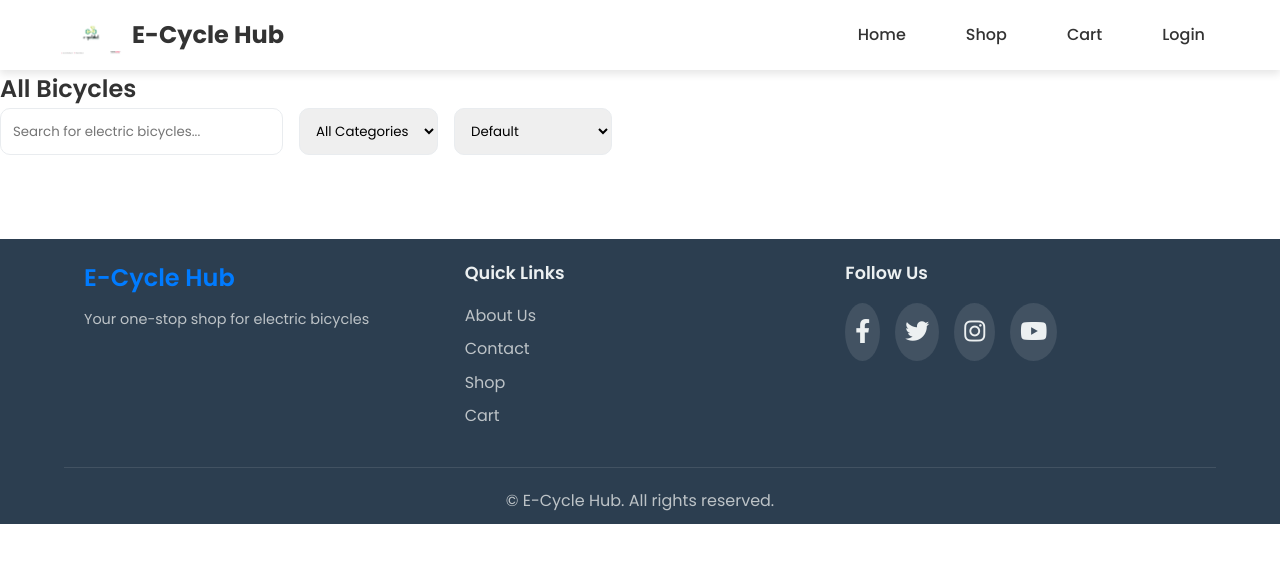
Repository: Rutuja-g/E-Cycle-Hub
Page: public/products.html
These files come from the project's save history. The page is drawn as it stood at one moment and after the next save; the edit follows.
The browser window is 1280 px wide. The pictures show the whole page.

Above is the page before, as saved 2025-10-24 16:03:13.
Console error: ReferenceError: l is not defined

### public/products.html
<!DOCTYPE html>
<html lang="en">
  <head>
    <meta charset="UTF-8" />
    <meta name="viewport" content="width=device-width, initial-scale=1.0" />
    <title>Products - E-Cycle Hub</title>
    <link rel="preconnect" href="https://fonts.googleapis.com" />
    <link rel="preconnect" href="https://fonts.gstatic.com" crossorigin />
    <link
      href="https://fonts.googleapis.com/css2?family=Poppins:wght@300;400;500;600;700&display=swap"
      rel="stylesheet"
    />
    <link rel="icon" href="favicon.ico" type="image/x-icon" />
    <link rel="stylesheet" href="css/reset.css" />
    <link rel="stylesheet" href="css/variables.css" />
    <link rel="stylesheet" href="css/main.css" />
    <link
      rel="stylesheet"
      href="https://cdnjs.cloudflare.com/ajax/libs/font-awesome/6.0.0/css/all.min.css"
    />
  </head>
  <body>
    <header>
      <div id="header"></div>
    </header>

    <main>
      <section class="shop-products">
        <h2>All Bicycles</h2>
        <div class="product-search">
          <input
            type="text"
            id="searchInput"
            placeholder="Search for electric bicycles..."
          />
          <select id="categorySelect">
            <option value="all">All Categories</option>
          </select>
          <select id="sortSelect">
            <option value="">Default</option>
            <option value="price-asc">Price Low to High</option>
            <option value="price-desc">Price High to Low</option>
            <option value="popularity">Popularity</option>
          </select>
        </div>
        <div class="grid--shop"></div>
      </section>
    </main>

    <footer>
      <div id="footer"></div>
    </footer>

    <script src="js/components.js"></script>
    <script src="js/main.js"></script>
    <script src="js/api.js"></script>
    <script src="js/store.js"></script>
    <script src="js/cart.js"></script>
  </body>
</html>

### public/css/reset.css
html
/* CSS Reset */
* {
    margin: 0;
    padding: 0;
    box-sizing: border-box;
}

html, body {
    height: 100%;
    font-family: Arial, sans-serif;
}

img {
    max-width: 100%;
    height: auto;
}

a {
    text-decoration: none;
    color: inherit;
}

ul {
    list-style: none;
}

button {
    cursor: pointer;
}

### public/css/variables.css
:root {
  --primary-color: #007bff; /* Electric Blue */
  --secondary-color: #0056b3; /* Darker Blue for hover */
  --background-color: #ffffff; /* White */
  --text-color: #333333; /* Dark Gray */
  --muted: #6c757d; /* Muted text */
  --font-family: "Poppins", sans-serif; /* Modern Font */
  --font-size-base: 16px; /* Base Font Size */
  --font-size-large: 1.25rem; /* Large Font Size */
  --font-size-small: 0.875rem; /* Small Font Size */
  --border-radius: 10px; /* Rounded Corners */
  --box-shadow: 0 4px 8px rgba(0, 0, 0, 0.1); /* Subtle Box Shadow */
  --box-shadow-hover: 0 6px 12px rgba(0, 0, 0, 0.15); /* Hover Shadow */
  --transition: all 0.3s ease; /* Smooth Transitions */
}

### public/css/main.css
/* Main styles for E-Cycle Hub */

/* Reset some default styles */
body {
  margin: 0;
  font-family: var(--font-family);
  line-height: 1.6;
  color: var(--text-color);
  background-color: var(--background-color);
}

h1,
h2,
h3,
h4,
h5,
h6 {
  margin: 0;
  color: var(--text-color);
  font-weight: 600;
}

a {
  text-decoration: none;
  color: var(--primary-color);
  transition: var(--transition);
}

a:hover {
  color: var(--secondary-color);
}

/* Layout styles */
.container {
  width: 90%;
  max-width: 1200px;
  margin: auto;
}

/* Navbar styles */
.navbar {
  background: var(--background-color);
  box-shadow: var(--box-shadow);
  position: sticky;
  top: 0;
  z-index: 1000;
}

.nav-container {
  max-width: 1200px;
  margin: 0 auto;
  padding: 0 20px;
  display: flex;
  justify-content: space-between;
  align-items: center;
  height: 70px;
}

.logo a {
  font-size: 1.5em;
  font-weight: bold;
  display: flex;
  align-items: center;
  gap: 10px;
  color: var(--text-color);
  text-decoration: none;
}

.logo img {
  height: 40px;
  width: auto;
}

.nav-links {
  list-style: none;
  display: flex;
  gap: 30px;
  margin: 0;
  padding: 0;
}

.nav-links li {
  position: relative;
}

.nav-link {
  color: var(--text-color);
  text-decoration: none;
  padding: 10px 15px;
  border-radius: var(--border-radius);
  transition: all 0.3s ease;
  font-weight: 500;
}

.nav-link:hover,
.nav-link.active {
  background: var(--primary-color);
  color: white;
}

.nav-toggle {
  display: none;
  flex-direction: column;
  cursor: pointer;
  gap: 4px;
}

.nav-toggle span {
  width: 25px;
  height: 3px;
  background: var(--text-color);
  transition: 0.3s;
}

.main-content {
  padding: 20px 0;
}

/* Hero section styles */
.hero {
  position: relative;
  display: flex;
  align-items: center;
  justify-content: center;
  min-height: 400px;
  overflow: hidden;
}

.hero-banner {
  position: absolute;
  top: 0;
  left: 0;
  width: 100%;
  height: 100%;
  object-fit: cover;
  z-index: -1;
}

.hero-content {
  text-align: center;
  color: white;
  background: rgba(0, 0, 0, 0.5);
  padding: 20px;
  border-radius: 8px;
}

.hero h1 {
  font-size: 2.5em;
  margin-bottom: 10px;
}

.hero p {
  font-size: 1.2em;
  margin-bottom: 20px;
}

.btn {
  display: inline-block;
  padding: 12px 24px;
  background: var(--primary-color);
  color: white;
  border-radius: var(--border-radius);
  transition: var(--transition);
  font-weight: 500;
  border: none;
  cursor: pointer;
}

.btn:hover {
  background: var(--secondary-color);
  transform: translateY(-2px);
  box-shadow: var(--box-shadow-hover);
}

.btn.ghost {
  background: transparent;
  color: var(--primary-color);
  border: 1px solid var(--primary-color);
}

.btn.ghost:hover {
  background: var(--primary-color);
  color: white;
}

/* Responsive styles */
@media (max-width: 768px) {
  .container {
    width: 95%;
  }

  .header,
  .footer {
    padding: 15px 0;
  }

  .hero {
    min-height: 300px;
  }

  .hero h1 {
    font-size: 2em;
  }

  .hero p {
    font-size: 1em;
  }

  .product-search {
    flex-direction: column;
  }

  .product-search input,
  .product-search select {
    width: 100%;
  }
}

@media (max-width: 480px) {
  .hero {
    flex-direction: column;
    text-align: center;
  }

  .hero-content {
    padding: 15px;
  }

  .hero h1 {
    font-size: 1.8em;
  }

  .hero p {
    font-size: 0.9em;
  }

  /* Navbar responsive */
  .nav-toggle {
    display: flex;
  }

  .nav-links {
    position: absolute;
    top: 100%;
    left: 0;
    width: 100%;
    background: var(--background-color);
    flex-direction: column;
    padding: 20px 0;
    box-shadow: var(--box-shadow);
    display: none;
  }

  .nav-links.active {
    display: flex;
  }

  .nav-link {
    padding: 15px 20px;
    border-bottom: 1px solid rgba(0, 0, 0, 0.1);
  }

  .nav-link:hover,
  .nav-link.active {
    background: var(--primary-color);
    color: white;
    border-bottom: none;
  }

  /* Footer responsive */
  .footer-content {
    grid-template-columns: 1fr;
    text-align: center;
  }

  .social-icons {
    justify-content: center;
  }

  /* Grid responsive */
  .grid--featured {
    grid-template-columns: repeat(auto-fit, minmax(200px, 1fr));
  }
}

/* Product card styles (updated for .card class used by main.js) */
.card {
  border: 1px solid #e9ecef;
  border-radius: var(--border-radius);
  padding: 20px;
  text-align: center;
  background: var(--background-color);
  box-shadow: var(--box-shadow);
  transition: var(--transition);
  display: flex;
  flex-direction: column;
  height: 100%;
}

.card:hover {
  transform: translateY(-5px);
  box-shadow: var(--box-shadow-hover);
}

.card img {
  max-width: 100%;
  height: 200px;
  object-fit: contain;
  border-radius: 5px;
  margin-bottom: 15px;
  background-color: #f8f9fa;
}

.card .card-body {
  flex: 1;
  display: flex;
  flex-direction: column;
  justify-content: space-between;
}

.card .card-title {
  margin: 0 0 10px 0;
  font-size: 1.2em;
  line-height: 1.3;
}

.card .price {
  color: var(--primary-color);
  font-weight: 600;
  font-size: 1.2em;
  margin-bottom: 15px;
}

.card .btn {
  margin-top: auto;
  align-self: center;
}

/* Product search styles */
.product-search {
  display: flex;
  gap: 16px;
  margin-bottom: 24px;
  flex-wrap: wrap;
}

.product-search input,
.product-search select {
  padding: 12px;
  border: 1px solid #e9ecef;
  border-radius: var(--border-radius);
  font-family: var(--font-family);
  transition: var(--transition);
}

.product-search input:focus,
.product-search select:focus {
  outline: none;
  border-color: var(--primary-color);
  box-shadow: 0 0 0 2px rgba(0, 123, 255, 0.25);
}

/* Featured products grid */
.grid--featured,
.grid--shop {
  display: grid;
  grid-template-columns: repeat(auto-fit, minmax(300px, 1fr));
  gap: 25px;
  padding: 30px 0;
}

/* Cart styles */
.cart-item {
  display: flex;
  justify-content: space-between;
  padding: 16px 0;
  border-bottom: 1px solid #e9ecef;
}

.cart-item img {
  width: 50px;
  height: auto;
}

.cart-total {
  font-weight: bold;
  font-size: 1.2em;
}

/* Checkout styles */
.checkout-form {
  display: flex;
  flex-direction: column;
  gap: 16px;
}

.checkout-form input,
.checkout-form button {
  margin: 0;
  padding: 12px;
  border: 1px solid #e9ecef;
  border-radius: var(--border-radius);
  font-family: var(--font-family);
}

.checkout-form button {
  background: var(--primary-color);
  color: white;
  cursor: pointer;
  transition: var(--transition);
}

.checkout-form button:hover {
  background: var(--secondary-color);
}

/* Product details styles */
.product-details {
  max-width: 1200px;
  margin: 0 auto;
  padding: 20px;
  display: flex;
  flex-direction: column;
  gap: 20px;
}

.back-link {
  color: var(--primary-color, #4caf50);
  font-weight: bold;
  margin-bottom: 20px;
  display: inline-block;
}

.back-link:hover {
  color: var(--link-hover-color, #388e3c);
}

.product-image {
  flex: 1;
  max-width: 600px;
  margin: 0 auto;
}

.product-image img {
  width: 100%;
  height: auto;
  border-radius: 8px;
  box-shadow: 0 4px 10px rgba(0, 0, 0, 0.1);
}

.product-info {
  flex: 1;
  padding: 24px;
  background: var(--background-color);
  border-radius: var(--border-radius);
  box-shadow: var(--box-shadow);
}

.product-info h1 {
  font-size: 2em;
  margin-bottom: 10px;
}

.product-price {
  font-size: 1.5em;
  color: var(--primary-color);
  font-weight: 600;
  margin-bottom: 24px;
}

.product-info p {
  line-height: 1.6;
  margin-bottom: 20px;
}

.product-info .btn {
  margin-top: 20px;
}

/* Responsive for product details */
@media (max-width: 768px) {
  .product-details {
    flex-direction: column;
  }

  .product-image,
  .product-info {
    flex: none;
    width: 100%;
  }

  .product-info {
    padding: 15px;
  }

  .product-info h1 {
    font-size: 1.8em;
  }

  .product-price {
    font-size: 1.3em;
  }
}

/* Footer styles */
.footer {
  background: #2c3e50;
  color: #ecf0f1;
  padding: 20px 0 10px;
  margin-top: auto;
}

.footer-content {
  display: grid;
  grid-template-columns: repeat(auto-fit, minmax(250px, 1fr));
  gap: 30px;
  max-width: 1200px;
  margin: 0 auto;
  padding: 0 20px;
}

.footer-logo h2 {
  margin: 0 0 10px 0;
  color: var(--primary-color);
}

.footer-logo p {
  margin: 0;
  color: #bdc3c7;
  font-size: 0.9em;
}

.footer-links h3,
.footer-social h3 {
  margin: 0 0 15px 0;
  color: #ecf0f1;
  font-size: 1.1em;
}

.footer-links ul {
  list-style: none;
  padding: 0;
  margin: 0;
}

.footer-links li {
  margin-bottom: 8px;
}

.footer-links a {
  color: #bdc3c7;
  text-decoration: none;
  transition: color 0.3s;
}

.footer-links a:hover {
  color: var(--primary-color);
}

.social-icons {
  display: flex;
  gap: 15px;
}

.social-icons a {
  color: #ecf0f1;
  font-size: 1.5em;
  transition: all 0.3s;
  padding: 10px;
  border-radius: 50%;
  background: rgba(255, 255, 255, 0.1);
}

.social-icons a:hover {
  color: var(--primary-color);
  background: rgba(255, 255, 255, 0.2);
  transform: translateY(-2px);
}

.footer-bottom {
  text-align: center;
  margin-top: 30px;
  padding-top: 20px;
  border-top: 1px solid rgba(255, 255, 255, 0.1);
  color: #bdc3c7;
}

/* Add error styles */
.error {
  color: red;
  font-size: 0.9em;
  margin-top: 5px;
  display: none;
}

/* Success popup styles */
.success-popup {
  position: fixed;
  top: 0;
  left: 0;
  width: 100%;
  height: 100%;
  background-color: rgba(0, 0, 0, 0.5);
  display: flex;
  justify-content: center;
  align-items: center;
  z-index: 1000;
}

.popup-content {
  background-color: var(--background-color);
  padding: 24px;
  border-radius: var(--border-radius);
  text-align: center;
  box-shadow: var(--box-shadow);
}

.popup-content h3 {
  margin-bottom: 10px;
  color: var(--primary-color);
}

.popup-content button {
  background-color: var(--primary-color);
  color: white;
  border: none;
  padding: 12px 24px;
  border-radius: var(--border-radius);
  cursor: pointer;
  margin-top: 16px;
  transition: var(--transition);
}

.popup-content button:hover {
  background-color: var(--secondary-color);
}

### public/js/components.js
// components.js - Dynamic loading of header and footer components

(function () {
  // Load component into element
  async function loadComponent(componentPath, targetElement) {
    try {
      const response = await fetch(componentPath);
      if (!response.ok) {
        throw new Error(`Failed to load ${componentPath}: ${response.status}`);
      }
      const html = await response.text();
      targetElement.innerHTML = html;
    } catch (error) {
      console.error(`Error loading component ${componentPath}:`, error);
      targetElement.innerHTML = "<p>Error loading component</p>";
    }
  }

  // Load header and footer on page load
  document.addEventListener("DOMContentLoaded", function () {
    const headerElement = document.getElementById("header");
    const footerElement = document.getElementById("footer");

    if (headerElement) {
      loadComponent("components/header.html", headerElement);
    }

    if (footerElement) {
      loadComponent("components/footer.html", footerElement);
    }
  });
})();

### public/js/api.js
// This file contains functions for fetching and managing product data, including CRUD operations.

const apiUrl = 'https://api.example.com/products'; // Replace with your actual API endpoint

// Fetch all products
async function fetchProducts() {
    try {
        const response = await fetch(apiUrl);
        if (!response.ok) {
            throw new Error('Network response was not ok');
        }
        const products = await response.json();
        return products;
    } catch (error) {
        console.error('Error fetching products:', error);
    }
}

// Fetch a single product by ID
async function fetchProductById(productId) {
    try {
        const response = await fetch(`${apiUrl}/${productId}`);
        if (!response.ok) {
            throw new Error('Network response was not ok');
        }
        const product = await response.json();
        return product;
    } catch (error) {
        console.error('Error fetching product:', error);
    }
}

// Create a new product (for admin use)
async function createProduct(productData) {
    try {
        const response = await fetch(apiUrl, {
            method: 'POST',
            headers: {
                'Content-Type': 'application/json',
            },
            body: JSON.stringify(productData),
        });
        if (!response.ok) {
            throw new Error('Network response was not ok');
        }
        const newProduct = await response.json();
        return newProduct;
    } catch (error) {
        console.error('Error creating product:', error);
    }
}

// Update an existing product (for admin use)
async function updateProduct(productId, productData) {
    try {
        const response = await fetch(`${apiUrl}/${productId}`, {
            method: 'PUT',
            headers: {
                'Content-Type': 'application/json',
            },
            body: JSON.stringify(productData),
        });
        if (!response.ok) {
            throw new Error('Network response was not ok');
        }
        const updatedProduct = await response.json();
        return updatedProduct;
    } catch (error) {
        console.error('Error updating product:', error);
    }
}

// Delete a product (for admin use)
async function deleteProduct(productId) {
    try {
        const response = await fetch(`${apiUrl}/${productId}`, {
            method: 'DELETE',
        });
        if (!response.ok) {
            throw new Error('Network response was not ok');
        }
        return true; // Successfully deleted
    } catch (error) {
        console.error('Error deleting product:', error);
    }
}

### public/js/store.js
// This file manages localStorage interactions for saving and retrieving product data.

const store = {
    saveProducts: function(products) {
        localStorage.setItem('products', JSON.stringify(products));
    },
    getProducts: function() {
        const products = localStorage.getItem('products');
        return products ? JSON.parse(products) : [];
    },
    saveCart: function(cart) {
        localStorage.setItem('cart', JSON.stringify(cart));
    },
    getCart: function() {
        const cart = localStorage.getItem('cart');
        return cart ? JSON.parse(cart) : [];
    },
    clearCart: function() {
        localStorage.removeItem('cart');
    }
};

export default store;

### public/components/header.html
<nav class="navbar">
  <div class="nav-container">
    <div class="logo">
      <a href="index.html">
        <img src="assets/images/logo.jpg" alt="E-Cycle Hub Logo" />
        <span>E-Cycle Hub</span>
      </a>
    </div>
    <div class="nav-toggle" id="navToggle">
      <span></span>
      <span></span>
      <span></span>
    </div>
    <ul class="nav-links" id="navLinks">
      <li><a href="index.html" class="nav-link">Home</a></li>
      <li><a href="shop.html" class="nav-link">Shop</a></li>
      <li><a href="cart.html" class="nav-link">Cart</a></li>
      <li><a href="login.html" class="nav-link">Login</a></li>
    </ul>
  </div>
</nav>

### public/components/footer.html
<footer class="footer">
  <div class="container">
    <div class="footer-content">
      <div class="footer-logo">
        <h2>E-Cycle Hub</h2>
        <p>Your one-stop shop for electric bicycles</p>
      </div>
      <div class="footer-links">
        <h3>Quick Links</h3>
        <ul>
          <li><a href="about.html">About Us</a></li>
          <li><a href="contact.html">Contact</a></li>
          <li><a href="shop.html">Shop</a></li>
          <li><a href="cart.html">Cart</a></li>
        </ul>
      </div>
      <div class="footer-social">
        <h3>Follow Us</h3>
        <div class="social-icons">
          <a href="#" aria-label="Facebook"
            ><i class="fab fa-facebook-f"></i
          ></a>
          <a href="#" aria-label="Twitter"><i class="fab fa-twitter"></i></a>
          <a href="#" aria-label="Instagram"
            ><i class="fab fa-instagram"></i
          ></a>
          <a href="#" aria-label="YouTube"><i class="fab fa-youtube"></i></a>
        </div>
      </div>
    </div>
    <div class="footer-bottom">
      <p>&copy; <span id="year"></span> E-Cycle Hub. All rights reserved.</p>
    </div>
  </div>
</footer>

Loaded but not shown: public/js/main.js (354 lines, source omitted); public/js/cart.js (205 lines, source omitted)

After the next save:
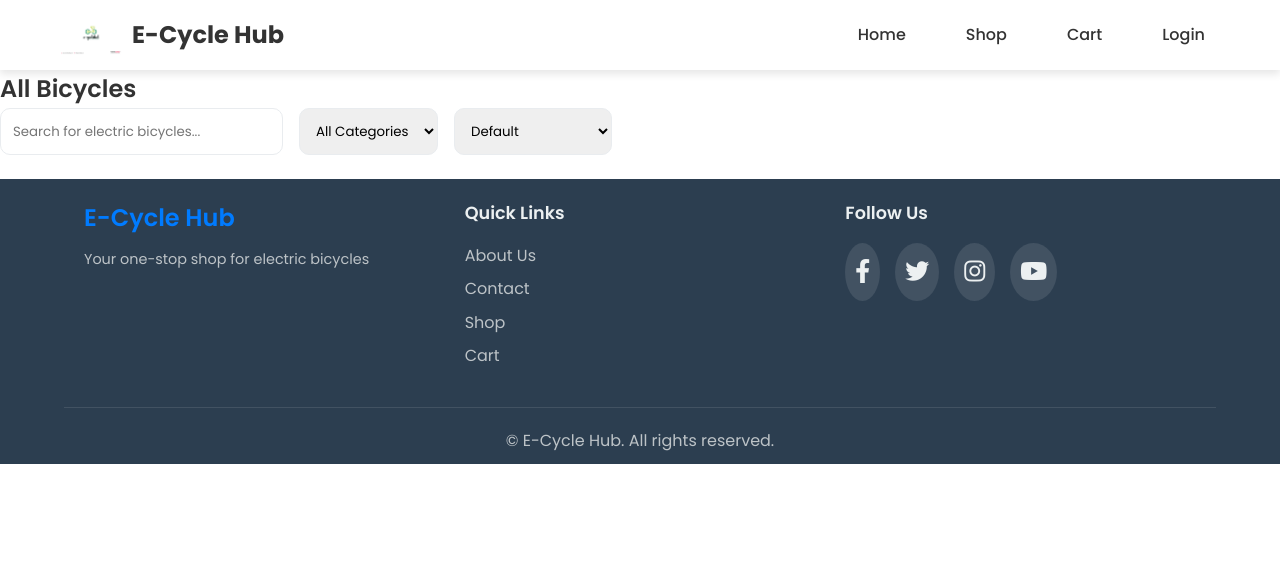
Saved 14 s later.
--- a/public/products.html
+++ b/public/products.html
@@ -43,7 +43,9 @@
             <option value="popularity">Popularity</option>
           </select>
         </div>
-        <div class="grid--shop"></div>
+        <div class="product-list" id="product-list">
+          <!-- Product cards will be dynamically inserted here -->
+        </div>
       </section>
     </main>
 

After the save that followed:
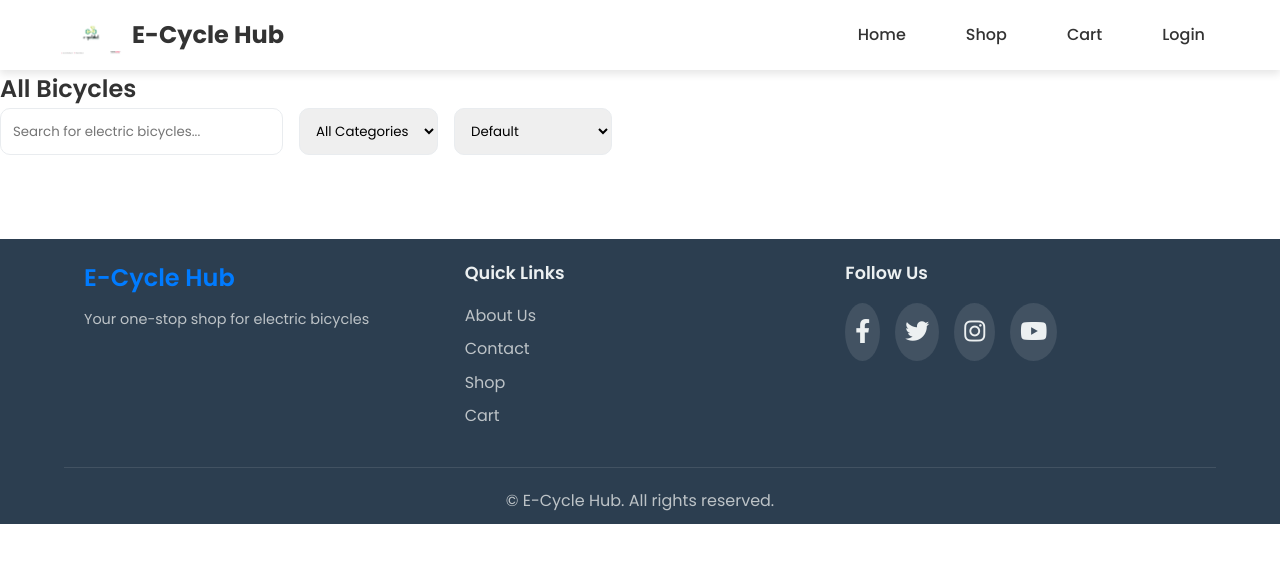
Saved 6 s later.
--- a/public/css/main.css
+++ b/public/css/main.css
@@ -362,7 +362,8 @@ a:hover {
 
 /* Featured products grid */
 .grid--featured,
-.grid--shop {
+.grid--shop,
+.product-list {
   display: grid;
   grid-template-columns: repeat(auto-fit, minmax(300px, 1fr));
   gap: 25px;
